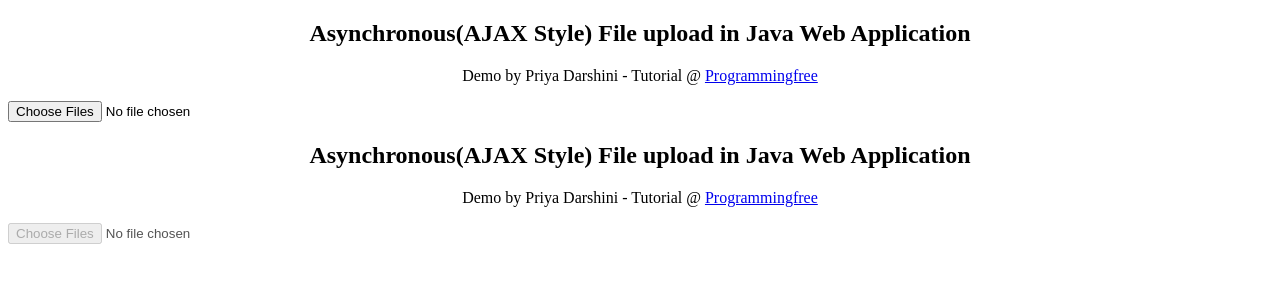
Repository: UnforgivenZZZ/bulldog
Page: http://localhost/bulldog/up.jsp
The author's editor kept a copy of each file at every save. The page is drawn from the files as they stood at one save, then again after the next save.
The browser window is 1280 px wide. The pictures show the whole page.
The page is served by Tomcat 9.

Above is the page before, as saved 2017-07-18 21:31:26.

After the next save:
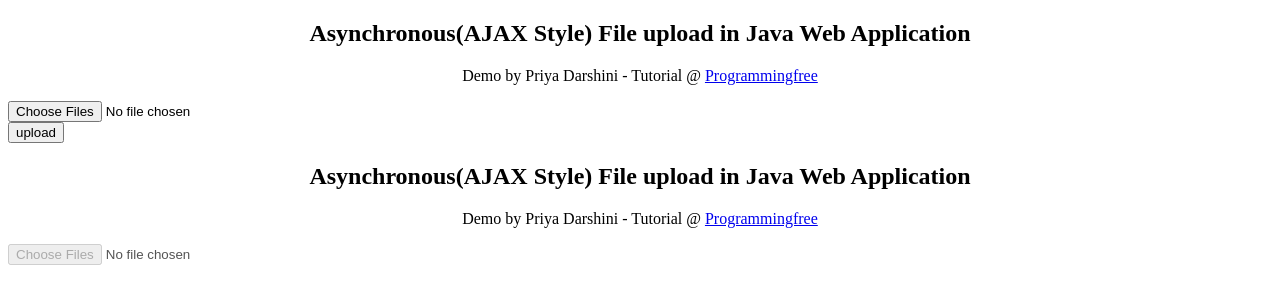
Saved 3 min 12 s later.
--- a/bulldog/WebContent/up.jsp
+++ b/bulldog/WebContent/up.jsp
@@ -12,6 +12,7 @@
  <h2 style="text-align:center;">Asynchronous(AJAX Style) File upload in Java Web Application</h2>
  <p style="text-align:center;">Demo by Priya Darshini - Tutorial @ <a href="http://www.programming-free.com/2013/06/ajax-file-upload-java-iframe.html">Programmingfree</a></p>
  <input id="input1" type="file" name="datafile" multiple/><br/>
+ <button id="btn1">upload</button>
  <div id="upload" style="display:none;">Uploading..</div>
 </div>
 </form>
@@ -30,7 +31,7 @@
 <script src="/bulldog/js/jquery-1.8.2.js"></script>
 <script src="/bulldog/js/jquery.ajaxfileupload.js"></script>
 <script language="Javascript">
-$(document).ready(function(){
+$('#btn1').click(function(){
 	 $('#input1').ajaxfileupload({
 	      'action': 'upload',
 	  'onComplete': function(response) {

After the 5 saves that followed:
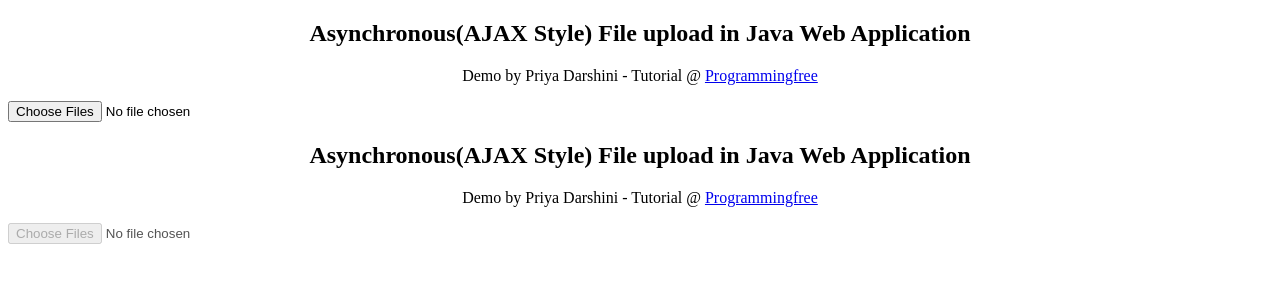
Console error (its wording comes from the project's code and is left out).
The 5 saves are shown as one change because 4 left the picture as it was.
The last was saved 7 min 8 s later.
--- a/bulldog/WebContent/up.jsp
+++ b/bulldog/WebContent/up.jsp
@@ -11,8 +11,7 @@
 <div class="centered">
  <h2 style="text-align:center;">Asynchronous(AJAX Style) File upload in Java Web Application</h2>
  <p style="text-align:center;">Demo by Priya Darshini - Tutorial @ <a href="http://www.programming-free.com/2013/06/ajax-file-upload-java-iframe.html">Programmingfree</a></p>
- <input id="input1" type="file" name="datafile" multiple/><br/>
- <button id="btn1">upload</button>
+ <input type="file" name="datafile" multiple/><br/>
  <div id="upload" style="display:none;">Uploading..</div>
 </div>
 </form>
@@ -31,15 +30,15 @@
 <script src="/bulldog/js/jquery-1.8.2.js"></script>
 <script src="/bulldog/js/jquery.ajaxfileupload.js"></script>
 <script language="Javascript">
-$('#btn1').click(function(){
-	 $('#input1').ajaxfileupload({
+$(document).ready(function(){
+	 $('input[type="file" multiple]').ajaxfileupload({
 	      'action': 'upload',
 	  'onComplete': function(response) {
 	        $('#upload').hide();
 	        alert("File SAVED!!");
 	      },
 	      'onStart': function() {
-	        $('#f2').show();
+	        $('#upload').show();
 	      }
 	 });
 });
